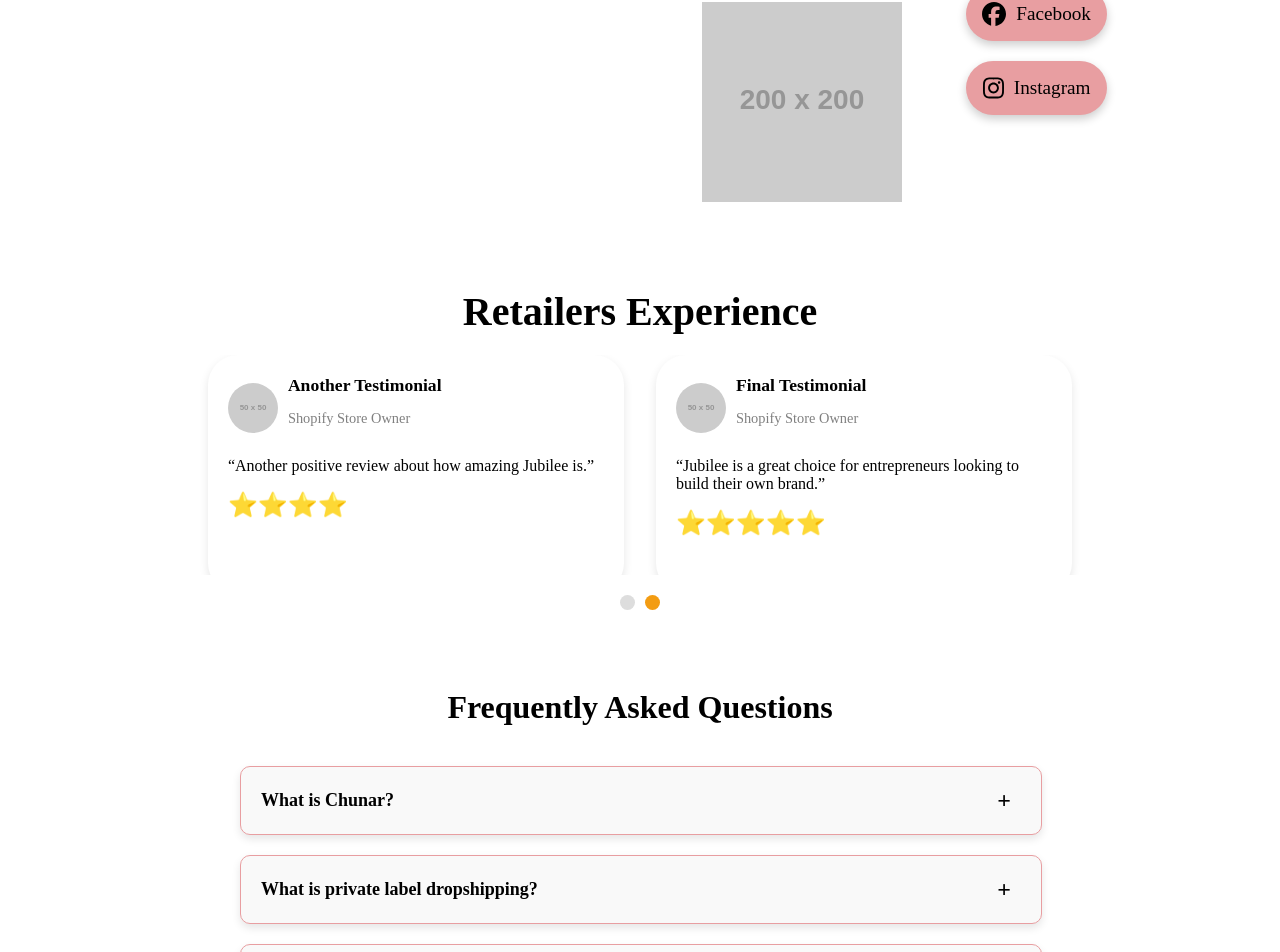
Repository: Nn-Exe/chunar-ecommerce
Page: / (app in ecommerce-frontend/)
These files come from the project's save history. The page is drawn as it stood at one moment and after the next save; the edit follows.
The browser window is 1280 px wide. The pictures show the part of the page from y = 1419 to 2371 px (the page is 2627 px tall).
Pictures or frames that could not be fetched are drawn as grey boxes. The page's requests for data from a server got no answer. The project was rebuilt for these pictures with package versions that can differ from the ones it lists, and the page was loaded fresh each time. No one was signed in, and anything a server would have sent is missing.

Above is the page before, as saved 2024-09-12 15:26:36.

### ecommerce-frontend/src/App.js
import React, { useState, useEffect } from 'react';
import './App.css';
import { BrowserRouter as Router, Route, Routes } from 'react-router-dom';  // Importing React Router
import Navbar from './components/Navbar';  // Correct way to import default export
import HeroSection from './components/HeroSection';  // Correct way to import default export
import ProductList from './components/ProductList';  // Correct way to import default export
import Faq from './components/Faq';  // Import the Faq component from the components folder
import TestimonialCarousel from './components/TestimonialCarousel';
import VideoGridAndSocial from './components/VideoGridAndSocial';


// Home page component (the default view)
function Home({ products }) {
  return (
    <div className="home-page">
      {/* Hero Section */}
      <div className="hero-container">
        <HeroSection />
      </div>

      {/* Featured Products Section */}
      <section className="products-section">
        <div className="section-header">
          <h2>Featured Products</h2>
        </div>

        <div className="product-grid">
          <ProductList products={products} />
        </div>
      </section>

      <br />

      {/* FAQ Section */}

      <VideoGridAndSocial/>
      <TestimonialCarousel />
      <Faq />  {/* Using the imported Faq component */}

      {/* Add more sections here */}

      <br />

      <section className="about-section">
        <div className="about-content">
          <h3>About Us</h3>
          <p>Learn more about our company and our mission.</p>
        </div>
      </section>
    </div>
  );
}


function Contacts() {
  return <h2>Contacts Page</h2>;
}

// function SocialMedia() {
//   // External link can be opened using an anchor tag, so no need for a separate page.
//   window.location.href = "https://linktr.ee/chunar.co";  // Redirect to external social media page
//   return null;
// }

function App() {
  const [products, setProducts] = useState([]);

  useEffect(() => {
    fetch('http://localhost:5000/api/products')
      .then((response) => response.json())
      .then((data) => setProducts(data))
      .catch((error) => console.error('Error fetching products:', error));
  }, []);

  return (
    <Router>
      <div className="App">
        <header className="App-header">
          <h1>Chunar.Co</h1>
          <Navbar />
        </header>

        <Routes>
          {/* Home page route */}
          <Route path="/" element={<Home products={products} />} />

          {/* Other pages */}
          {/* <Route path="/SocialMedia" element={<SocialMedia />} /> */}
          <Route path="/contacts" element={<Contacts />} />

          {/* Redirect to external social media link
          <Route path="/social-media" element={<SocialMedia />} /> */}
        </Routes>
      </div>
    </Router>
  );
}

export default App;

### ecommerce-frontend/src/App.css
/* Global for entire app */

* {
  font-family: 'Times New Roman', Times, serif;
}

/* .border-pink-pastel {
  --border: #f9a8d4;
} */


/* ------------- Main Structure ------------ */

.App-header {
  background-color: white;
  color: black;
  padding: 20px;
  text-align: center;
}

nav ul {
  list-style-type: none;
  padding: 0;
  margin: 0;
  display: flex;
  justify-content: center;
  gap: 20px;
}

nav ul li a {
  color: black;
  text-decoration: none;
  font-size: 16px;
}

.hero {
  position: relative;
  text-align: center;
}

.hero-banner {
  width: 100%;
  height: 700px;
  object-fit: cover;
}

.hero-text {
  position: absolute;
  top: 50%;
  left: 50%;
  transform: translate(-50%, -50%);
  color: white;
  font-size: 24px;
  font-weight: bold;
}

.products {
  padding: 40px;
  text-align: center;
}

.product-list {
  display: grid;
  grid-template-columns: repeat(5, 1fr);
  gap: 20px;
}

.product-card {
  border: 1px solid #ddd;
  padding: 20px;
  text-align: center;
  transition: transform 0.3s;
  border-radius: 20px;
  border-color: #e89ea1;
}

.product-card img {
  max-width: 100%;
  height: auto;
  margin-bottom: 10px;
}

.product-card:hover {
  transform: scale(1.05);
}


.product-card img {
  width: 200px;
  height: 200px;
  object-fit: cover;   /* Ensures the image covers the given area */
  border-radius: 10px; /* Optional: adds rounded corners */
}



/* ----------- Home Div -------------- */

/* App.css */

.home-page {
  display: flex;
  flex-direction: column;
  align-items: center;
}

/* Hero Section */
.hero-container {
  width: 100%;
  margin-bottom: 20px;
}

/* Products Section */
.products-section {
  width: 80%;
  margin: 0 auto;
}

.section-header h2 {
  text-align: center;
  font-size: 2rem;
  margin-bottom: 20px;
}

/* About Section */
.about-section {
  background-color: #f4f4f4;
  padding: 40px;
  width: -webkit-fill-available;
  text-align: center;
}

.about-section h3 {
  margin-bottom: 10px;
}

.about-section p {
  font-size: 1.1rem;
}


/* ----------- FAQ Section ---------------- */


/* Center the FAQ section */
.faq-section {
  max-width: 800px; /* Set a larger max-width for the entire FAQ section */
  width: 100%;      /* Ensure it takes up 100% of the available width */
  margin: 0 auto;   /* Center the FAQ section on the page */
  text-align: center;
}

/* Style the header separately */
.faq-section h2 {
  font-size: 32px;
  margin-bottom: 40px;
}

/* Grid layout for the FAQ items (excluding the header) */
.faq-items {
  display: grid;
  grid-template-columns: 1fr; /* One column layout */
  gap: 20px; /* Space between the FAQ items */
}

/* Style each FAQ item */
.faq-item {
  border: 1px solid #ddd;
  border-radius: 10px;
  width: 100%; /* Make the FAQ item take up 100% of the container */
  background-color: #f9f9f9;
  box-shadow: 0 4px 8px rgba(0, 0, 0, 0.1);
  transition: transform 0.5s ease-in-out, background-color 330ms ease-in-out, box-shadow 330ms ease-in-out;
  overflow: hidden; /* Ensure content is hidden initially */
  border-color: #e89ea1;
}

/* Box hover effect */
.faq-item:hover {
  box-shadow: 0 6px 12px rgba(0, 0, 0, 0.1);
  background-color: #f1f1f1;
}

/* Active FAQ item */
.faq-item.active {
  background-color: #ececec;
}

/* Style the FAQ question (clickable area) */
.faq-question {
  padding: 20px;
  cursor: pointer;
  display: flex;
  justify-content: space-between;
  align-items: center;
  font-weight: bold;
  font-size: 18px;
  width: 100%; /* Full width for the question area */
  box-sizing: border-box;
}

/* Style the FAQ answer */
.faq-answer {
  padding: 0 20px;
  overflow: hidden;
  max-height: 0;
  opacity: 0;
  transition: max-height 0.5s ease, opacity 0.5s ease;
  width: 100%; /* Full width for the answer area */
  box-sizing: border-box;
}

/* When the FAQ item is active, show the answer with a smooth transition */
.faq-item.active .faq-answer {
  max-height: 500px;
  opacity: 1;
  padding-bottom: 20px;
}

/* Style the icon for toggling */
.icon {
  font-size: 24px;
  font-weight: bold;
  transition: transform 0.3s ease;
}

.faq-item.active .icon {
  transform: rotate(45deg);
}

/* -----------  TestimonialCarousel ------------- */


/* Style for the testimonial section */
.testimonial-section {
  text-align: center;
  /* max-width: 800px; */
  margin: 0 auto;
  padding: 50px 0;
  padding-bottom: 3rem;
  padding-top: 3rem;
  width: 70%
}

.testimonial-section h2 {
  font-size: 2.5rem;
  margin-bottom: 20px;
}

/* Carousel container */
.carousel {
  display: flex;
  overflow: hidden;
  max-width: 100%; /* Ensure full width */
  margin: 0 auto;
}

.carousel-inner {
  display: flex;
  transition: transform 0.5s ease-in-out;
  width: calc(200% * 2); /* Width for two testimonials per slide */
}

/* Each card wrapper for two cards per slide */
.testimonial-card-wrapper {
  display: flex;
  flex: 0 0 50%; /* Each card takes 50% of the slide width */
  box-sizing: border-box;
  padding: 0 15px;
}

/* Testimonial card styling */
.testimonial-card {
  background-color: #fff;
  padding: 20px;
  border-radius: 30px;
  box-shadow: 0 4px 10px rgba(0, 0, 0, 0.1);
  text-align: left;
  margin: 0 auto;
  width: 90%;
  height: 90%;
  position: center;
  border-color: #e89ea1;
}

.profile {
  display: flex;
  align-items: center;
}

.profile img {
  border-radius: 50%;
  margin-right: 10px;
}

.profile-details h4 {
  font-size: 1.1rem;
  margin: 0;
}

.profile-details p {
  font-size: 0.9rem;
  color: gray;
}

.stars {
  font-size: 1.5rem;
  color: #f39c12;
  margin-top: 10px;
}

/* Navigation dots */
.dots {
  margin-top: 20px;
}

.dot {
  height: 15px;
  width: 15px;
  margin: 0 5px;
  background-color: #ddd;
  border-radius: 50%;
  display: inline-block;
  cursor: pointer;
}

.active {
  background-color: #f39c12;
}


/* --------------- VideoGrid -------------------- */

/* Container for the grid layout */
.grid-container {
  display: grid;
  grid-template-columns: 1.5fr 1fr 1fr 1fr; /* Large video, two small videos, social media */
  gap: 20px;
  max-width: 1000px; /* Increased max-width to accommodate 3 sections */
  margin: 0 auto;
}

/* Large video on the left */
.large-item {
  position: relative;
  /* display: flex;
  justify-content: center; */
}

/* Small videos next to the large video */
.small-items {
  display: flex;
  flex-direction: column;
  gap: 20px;
  justify-content: space-between;
}

.small-item {
  position: relative;
}

.grid-video {
  width: 100%;
  border-radius: 10px;
  box-shadow: 0 4px 8px rgb(255, 255, 255);
}

.large-item .grid-video {
  aspect-ratio: 9 / 16; /* 9:16 aspect ratio for the large video */
}

.small-item .grid-video {
  aspect-ratio: 3 / 4; /* 3:4 aspect ratio for the small videos */
}

/* Social Media links styling */
.social-media {
  display: flex;
  flex-direction: column;
  justify-content: center;
  align-items: center;
}

.social-media h1 {
  margin-bottom: 20px;
}

.links-container {
  display: flex;
  flex-direction: column;
  gap: 20px;
}

.link-block {
  display: flex;
  align-items: center;
  justify-content: center;
  padding: 15px;
  width: 80%;
  background-color: #e89ea1;
  color: black;
  font-size: 1.2rem;
  text-decoration: none;
  border-radius: 30px;
  box-shadow: 0 4px 10px rgba(0, 0, 0, 0.2);
  transition: background-color 0.3s, transform 0.3s;
}

.link-block:hover {
  background-color: #f06d73;
  transform: scale(1.02);
}

.icon-image {
  margin-right: 10px;
  height: 24px;
}

.icon {
  margin-right: 10px;
  font-size: 24px;
}

/* Responsive Design */
@media (max-width: 768px) {
  .grid-container {
    grid-template-columns: 1fr; /* Stacks everything vertically on smaller screens */
  }

  .video-grid {
    gap: 10px;
  }

  .links-container {
    gap: 10px;
  }
}

### ecommerce-frontend/src/components/Navbar.js
import React from 'react';
import { Link } from 'react-router-dom';

function Navbar() {
  return (
    <nav>
      <ul>
        <li><Link to="/">Home</Link></li>  {/* Links to the home page */}
        <li><Link to="/SocialMedia">Social Media</Link></li>  {/* Links to the live page */}
        {/* <li><a href="https://linktr.ee/chunar.co" target="_blank" rel="noopener noreferrer">Social Media</a></li> Opens external link in new tab */}
        <li><Link to="/contacts">Contacts</Link></li>  {/* Links to the contacts page */}
      </ul>
    </nav>
  );
}

export default Navbar;

### ecommerce-frontend/src/components/HeroSection.js
import React from 'react';

function HeroSection() {
  return (
    <section className="hero">
      <img src="https://raw.githubusercontent.com/Nn-Exe/chunar-images/master/banner/chunar%20banner.png" alt="Banner" className="hero-banner" />
      <div className="hero-text">
        {/* <h2>Three things cannot be long hidden: The Sun, The Moon, and The Truth.</h2> */}
      </div>
    </section>
  );
}

export default HeroSection;  // Ensure you have this line

### ecommerce-frontend/src/components/ProductList.js
import React from 'react';

function ProductList({ products }) {
  return (
    <div className="product-list">
      {products.length === 0 ? (
        <p>Loading products...</p>
      ) : (
        products.map((product) => (
          <div key={product.id} className="product-card">
              <img
                src={product.image}
                alt={product.name}
                className="product-image"
              />
            <h3>{product.name}</h3>
            <p>{product.description}</p>
            <p>{product.price} ฿</p>
          </div>
        ))
      )}
    </div>
  );
}

export default ProductList;

### ecommerce-frontend/src/components/Faq.js
import React, { useState } from 'react';

const Faq = () => {
  const [activeIndex, setActiveIndex] = useState(null);

  const toggleFaq = (index) => {
    setActiveIndex(activeIndex === index ? null : index);
  };

  return (
    <div className="faq-section">
      <h2>Frequently Asked Questions</h2>

      <div className="faq-items"> {/* Grid layout for the items */}
        <div className={`faq-item ${activeIndex === 0 ? 'active' : ''}`}>
          <div className="faq-question" onClick={() => toggleFaq(0)}>
            <span>What is Chunar?</span>
            <span className="icon">{activeIndex === 0 ? '-' : '+'}</span>
          </div>
          {activeIndex === 0 && (
            <div className="faq-answer">
              <p>Chunar is a dropshipping marketplace that lets you build your own cosmetic and skincare line with minimal upfront costs...</p>
            </div>
          )}
        </div>

        <div className={`faq-item ${activeIndex === 1 ? 'active' : ''}`}>
          <div className="faq-question" onClick={() => toggleFaq(1)}>
            <span>What is private label dropshipping?</span>
            <span className="icon">{activeIndex === 1 ? '-' : '+'}</span>
          </div>
          {activeIndex === 1 && (
            <div className="faq-answer">
              <p>Private label dropshipping allows you to sell products from suppliers with your own branding...</p>
            </div>
          )}
        </div>

        <div className={`faq-item ${activeIndex === 2 ? 'active' : ''}`}>
          <div className="faq-question" onClick={() => toggleFaq(2)}>
            <span>How can I customize my package?</span>
            <span className="icon">{activeIndex === 2 ? '-' : '+'}</span>
          </div>
          {activeIndex === 2 && (
            <div className="faq-answer">
              <p>Private labeling is a great way to showcase your brand...</p>
            </div>
          )}
        </div>
      </div>
    </div>
  );
};

export default Faq;

### ecommerce-frontend/src/components/TestimonialCarousel.js
import React, { useState, useEffect } from 'react';


const TestimonialCarousel = () => {
  const [currentSlide, setCurrentSlide] = useState(0);

  const testimonials = [
    {
      name: 'Supisara Permsuk',
      title: 'Chunar.Co Store Owner',
      text: '“I can’t say enough good things about Chunar. Our dropshipping model is efficient, and the product quality is excellent...”',
      stars: 5,
    },
    {
      name: 'Supapis Permsuk',
      title: 'Chunar.Co Store Owner',
      text: '“Starting my own beauty brand seemed daunting, but Jubilee made it incredibly easy. The customization options are fantastic...”',
      stars: 5,
    },
    {
      name: 'Another Testimonial',
      title: 'Shopify Store Owner',
      text: '“Another positive review about how amazing Jubilee is.”',
      stars: 4,
    },
    {
      name: 'Final Testimonial',
      title: 'Shopify Store Owner',
      text: '“Jubilee is a great choice for entrepreneurs looking to build their own brand.”',
      stars: 5,
    }
  ];

  // Calculate the number of slides needed (two testimonials per slide)
  const totalSlides = Math.ceil(testimonials.length / 2);

  // Auto-slide functionality
  useEffect(() => {
    const interval = setInterval(() => {
      setCurrentSlide((prevSlide) => (prevSlide + 1) % totalSlides);
    }, 4000); // Slide every 4 seconds
    return () => clearInterval(interval); // Cleanup interval on component unmount
  }, [totalSlides]);

  // Function to move the slides manually
  const moveSlide = (index) => {
    setCurrentSlide(index);
  };

  return (
    <div className="testimonial-section">
      <h2>Retailers Experience</h2>
      <div className="carousel">
        <div
          className="carousel-inner"
          style={{
            transform: `translateX(-${currentSlide * 100}%)`, // Move by 100% per slide
          }}
        >
          {testimonials.map((testimonial, index) => (
            <div className="testimonial-card-wrapper" key={index}>
              <div className="testimonial-card">
                <div className="profile">
                  <img
                    src="https://via.placeholder.com/50"
                    alt="Profile"
                  />
                  <div className="profile-details">
                    <h4>{testimonial.name}</h4>
                    <p>{testimonial.title}</p>
                  </div>
                </div>
                <p>{testimonial.text}</p>
                <div className="stars">
                  {'⭐'.repeat(testimonial.stars)}
                </div>
              </div>
            </div>
          ))}
        </div>
      </div>

      {/* Dots for navigation */}
      <div className="dots">
        {[...Array(totalSlides)].map((_, index) => (
          <span
            key={index}
            className={`dot ${index === currentSlide ? 'active' : ''}`}
            onClick={() => moveSlide(index)}
          ></span>
        ))}
      </div>
    </div>
  );
};

export default TestimonialCarousel;

### ecommerce-frontend/src/components/VideoGridAndSocial.js
import React, { useState } from 'react';
import { FontAwesomeIcon } from '@fortawesome/react-fontawesome';
import { faFacebook, faInstagram, faLine, faTiktok } from '@fortawesome/free-brands-svg-icons';


const VideoGridAndSocial = () => {
  const [hovered, setHovered] = useState(null);

  const handleMouseEnter = (index) => {
    setHovered(index);
  };

  const handleMouseLeave = () => {
    setHovered(null);
  };

  return (
    <div className="grid-container">
      {/* Large video on the left */}
      <div className="large-item">
        <iframe
          className="grid-video"
          src="https://www.youtube.com/embed/gpQ33hhB2Lg?autoplay=1&mute=1&loop=1&playlist=gpQ33hhB2Lg"
          title="Large YouTube video"
          frameBorder="0"
          allow="accelerometer; autoplay; clipboard-write; encrypted-media; gyroscope; picture-in-picture"
          allowFullScreen
        ></iframe>
      </div>

      {/* Two smaller videos */}
      <div className="small-items">
        <div className="small-item">
          <iframe
            className="grid-video"
            src="https://www.youtube.com/embed/YuU2rPDTYNY?autoplay=1&mute=1&loop=1&playlist=Nqnu8MwCy8M"
            title="Small YouTube video 1"
            frameBorder="0"
            allow="accelerometer; autoplay; clipboard-write; encrypted-media; gyroscope; picture-in-picture"
            allowFullScreen
          ></iframe>
        </div>
        <div className="small-item">
          <iframe
            className="grid-video"
            src="https://www.youtube.com/embed/YOUR_SMALL_VIDEO2_ID?autoplay=1&mute=1&loop=1&playlist=YuU2rPDTYNY"
            title="Small YouTube video 2"
            frameBorder="0"
            allow="accelerometer; autoplay; clipboard-write; encrypted-media; gyroscope; picture-in-picture"
            allowFullScreen
          ></iframe>
        </div>
      </div>

      {/* Images Grid */}
      <div className="images-grid">
        <div className="image-item">
          <img src="https://via.placeholder.com/200?text=Image+1" alt="Image 1" className="grid-image" />
        </div>
        <div className="image-item">
          <img src="https://via.placeholder.com/200?text=Image+2" alt="Image 2" className="grid-image" />
        </div>
        <div className="image-item">
          <img src="https://via.placeholder.com/200?text=Image+2" alt="Image 3" className="grid-image" />
        </div>
      </div>



      {/* Social Media on the right */}
      <div className="social-media">
        <h1>Shop & Follow</h1>
        <div className="links-container">
          <a
            href="https://shopee.com/"
            target="_blank"
            rel="noopener noreferrer"
            className="link-block"
            onMouseEnter={() => handleMouseEnter(0)}
            onMouseLeave={handleMouseLeave}
          >
            <img
              src="https://upload.wikimedia.org/wikipedia/commons/0/0e/Shopee_logo.svg"
              alt="Shopee"
              className="icon-image"
            />
            Shopee
          </a>

          <a
            href="https://www.tiktok.com/"
            target="_blank"
            rel="noopener noreferrer"
            className="link-block"
            onMouseEnter={() => handleMouseEnter(1)}
            onMouseLeave={handleMouseLeave}
          >
            <FontAwesomeIcon icon={faTiktok} className="icon" />
            TikTok
          </a>

          <a
            href="https://line.me/en/"
            target="_blank"
            rel="noopener noreferrer"
            className="link-block"
            onMouseEnter={() => handleMouseEnter(2)}
            onMouseLeave={handleMouseLeave}
          >
            <FontAwesomeIcon icon={faLine} className="icon" />
            Line OA
          </a>

          <a
            href="https://www.facebook.com/"
            target="_blank"
            rel="noopener noreferrer"
            className="link-block"
            onMouseEnter={() => handleMouseEnter(3)}
            onMouseLeave={handleMouseLeave}
          >
            <FontAwesomeIcon icon={faFacebook} className="icon" />
            Facebook
          </a>

          <a
            href="https://www.instagram.com/"
            target="_blank"
            rel="noopener noreferrer"
            className="link-block"
            onMouseEnter={() => handleMouseEnter(4)}
            onMouseLeave={handleMouseLeave}
          >
            <FontAwesomeIcon icon={faInstagram} className="icon" />
            Instagram
          </a>
        </div>
      </div>
    </div>
  );
};

export default VideoGridAndSocial;

Loaded but not shown: ecommerce-frontend/public/index.html (common file); ecommerce-frontend/src/index.js (common file); ecommerce-frontend/src/index.css (common file); ecommerce-frontend/src/reportWebVitals.js (common file)

After the next save:
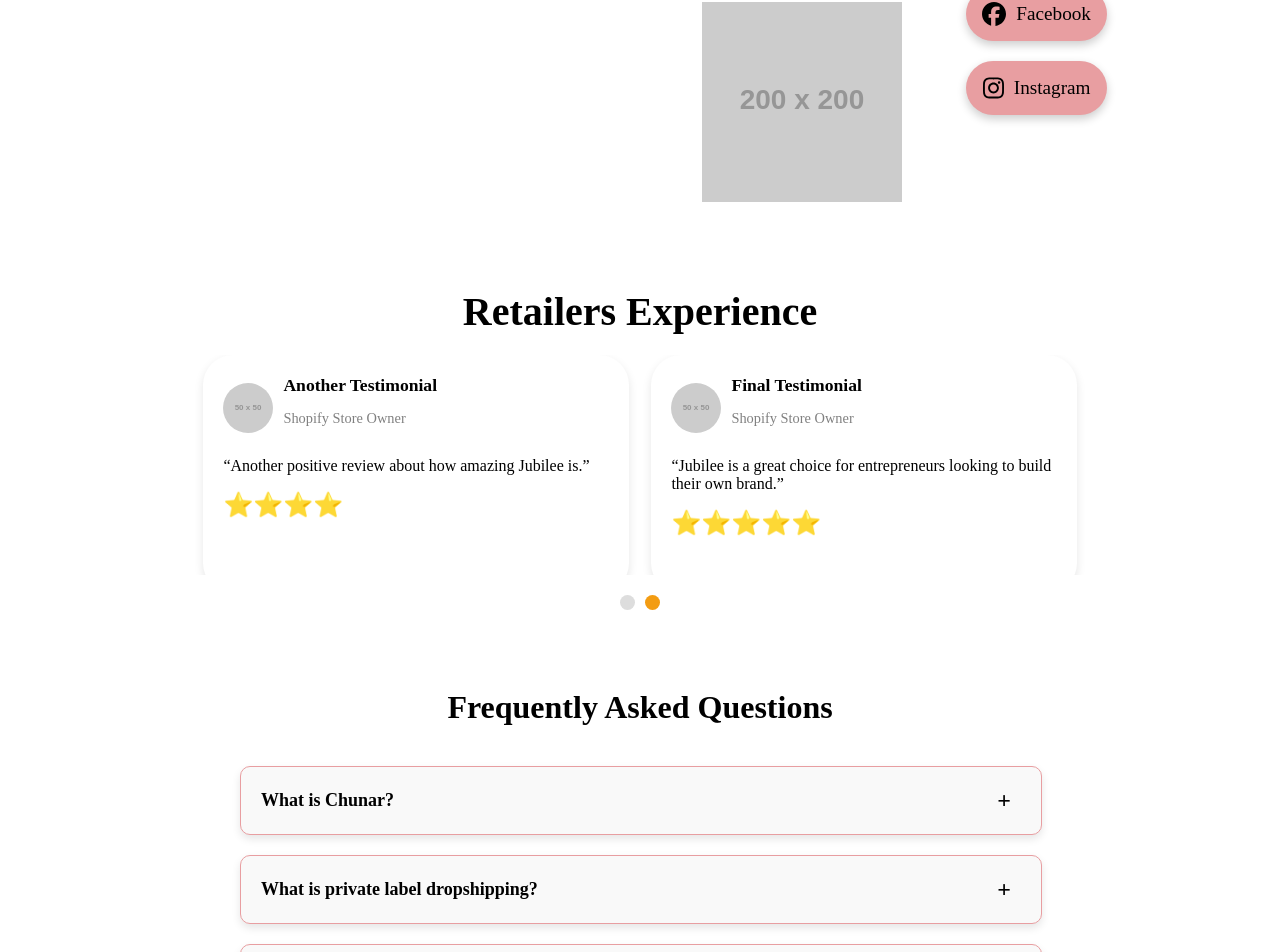
Saved 5 s later.
--- a/ecommerce-frontend/src/App.css
+++ b/ecommerce-frontend/src/App.css
@@ -266,7 +266,7 @@ nav ul li a {
   display: flex;
   flex: 0 0 50%; /* Each card takes 50% of the slide width */
   box-sizing: border-box;
-  padding: 0 15px;
+  padding: 0 10px;
 }
 
 /* Testimonial card styling */
